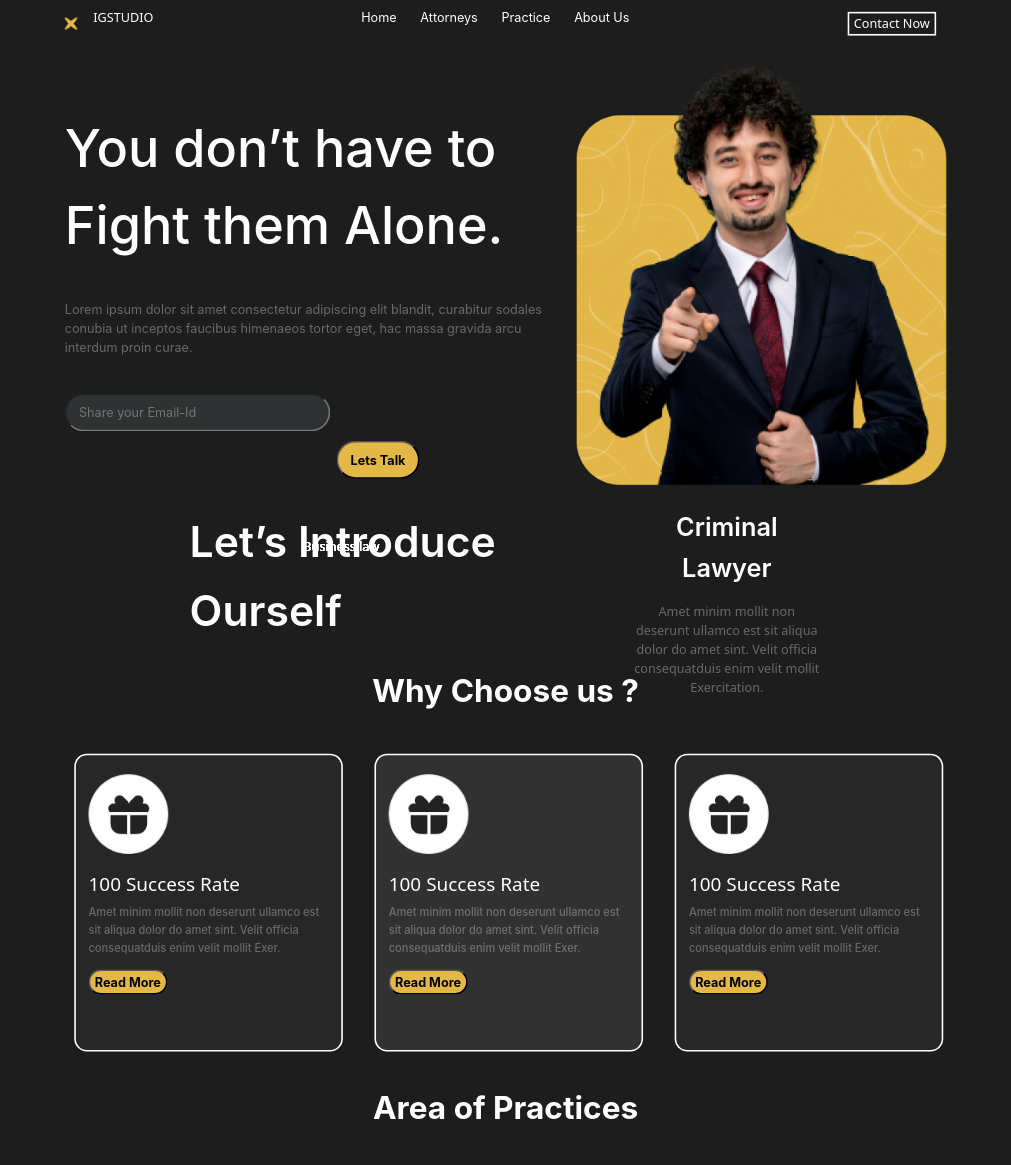
Repository: Senthil-Bala/LawFirm
Page: /
These files come from the project's save history. The page is drawn as it stood at one moment and after the next save; the edit follows.
The browser window is 1280 px wide. The pictures show the part of the page from y = 0 to 1475 px (the page is 3939 px tall), at 79% of full size.
Pictures or frames that could not be fetched are drawn as grey boxes. The project was rebuilt for these pictures with package versions that can differ from the ones it lists, and the page was loaded fresh each time. Also part of the build but not shown: src/App.css, src/Components/Frequents/Accordionss.css, src/Components/Frequents/Accordionss.jsx.

Above is the page before, as saved 2023-11-29 18:50:45.

### src/App.js
import './App.css';
import 'bootstrap/dist/css/bootstrap.min.css';
import Navbar from "./Components/Navbars/Navbar"
import HeroSection from './Components/Heroess/HeroSection';
import Main from "./Components/Mainss/Main";
import Boxes from "./Components/Box/Boxes";
import Practices from './Components/Practicsing/Practices';
import Clients from "./Components/ClientSides/Clients";
import Team from "./Components/Teamss/Team";
import Faq from "./Components/Frequents/Faq"
import Subscribe from './Components/Subscribes/Subscribe';
import Footer from "./Components/Footers/Footer"

function App() {
  return (
    <div className="container">
      <Navbar/>
      <HeroSection/>
      <Main/>
      <Boxes/>
      <Practices/>
      <Clients/>
      <Team/>
      <Faq/>
      <Subscribe/>
      <Footer/>
    </div>
  );
}

export default App;

### src/Components/Navbars/Navbar.jsx
import React from 'react'
import Studio from "../assests/logo.png";
import "./Navbar.css"

function Navbar() {
  return (
    <div className='navbar'>
        <div className="logo ">
            <img src={Studio} alt="Logo"/>
            <p>IGSTUDIO</p>
        </div>
        <div className="mid">
            <p>Home</p>
            <p>Attorneys</p>
            <p>Practice</p>
            <p>About Us</p>
        </div>
        <div className="btn">
            <button>Contact Now</button>
        </div>
    </div>
  )
}

export default Navbar

### src/Components/Heroess/HeroSection.jsx
import React from "react";
import "./HeroSection.css";
import Hero from "../assests/hero.png";
import Container from 'react-bootstrap/Container';
import Row from 'react-bootstrap/Row';
import Col from 'react-bootstrap/Col';
function HeroSection() {
  return (
    <div className="hero">
      <div className="contentLeft">
        <p id="mainHeading">You don’t have to Fight them Alone.</p>
        <p id="subHeading">
          Lorem ipsum dolor sit amet consectetur adipiscing elit blandit,
          curabitur sodales conubia ut inceptos faucibus himenaeos tortor eget,
          hac massa gravida arcu interdum proin curae.
        </p>
        <div >
        <input type="text" placeholder="Share your Email-Id" />
        <button className="inBtn">Lets Talk</button>
        </div>
      </div>
      <div className="contentRight">
        <img src={Hero} alt="Hero" />
      </div>
    </div>

  //   <Container>
  //   <Row>
  //     <Col sm={12} md={6} lg={6} >
  //     <div className="contentLeft">
  //   <p id="mainHeading">You don’t have to Fight them Alone.</p>
  //        <p id="subHeading">
  //        Lorem ipsum dolor sit amet consectetur adipiscing elit blandit,
  //          curabitur sodales conubia ut inceptos faucibus himenaeos tortor eget,
  //          hac massa gravida arcu interdum proin curae.
  //        </p>
  //         <input type="text" placeholder="Share your Email-Id" />
  //     <button className="inBtn">Lets Talk</button>
  //      </div >
  //     </Col>
  //     <Col sm={12} md={6} lg={6}>
  //     <div className="contentRight mt-5">
  //       <img src={Hero} alt="Hero" />
  //    </div>
  //     </Col>
  //   </Row>

  // </Container>








  );
}

export default HeroSection;

### src/Components/Mainss/Main.jsx
import React from "react";
import "./Main.css";
import Container from 'react-bootstrap/Container';
import Row from 'react-bootstrap/Row';
import Col from 'react-bootstrap/Col';
function Main() {
  return (
    <div className="main">
    <div className="left">
        <p>Let’s Introduce <br /> Ourself</p>
    </div>
    {/* <div className="vertical-line"></div> */}
    <div className="right">
        <p id="heading">Criminal Lawyer</p>
        <p id="subHeading">
            Amet minim mollit non deserunt ullamco est sit aliqua dolor do amet
            sint. Velit officia consequatduis enim velit mollit Exercitation.
        </p>
    </div>
</div>



    //Grid layouts

  //   <Container className="mt-5 pt-5">
  //   <Row>
  //     <Col sm={12} md={6} lg={6}>
  //     <div className="left">
  //       <p>Let’s Introduce Ourself</p>
  //     </div>
  //     </Col>
  //     <Col  sm={12} md={6} lg={6}>
  //     <div className="right">
  //       <p id="heading">Criminal Lawyer</p>
  //       <p id="subHeading">
  //         Amet minim mollit non deserunt ullamco est sit aliqua dolor do amet
  //         sint. Velit officia consequatduis enim velit mollit Exercitation.
  //       </p>
  //     </div>
  //     </Col>
  //   </Row>

  // </Container>
  );
}

export default Main;

### src/Components/Box/Boxes.jsx
import React from "react";
import "./Boxes.css";
import Box from "../assests/box.png";
import Container from 'react-bootstrap/Container';
import Row from 'react-bootstrap/Row';
import Col from 'react-bootstrap/Col';
function Boxes() {
  return (
    // <div className="box">
    //   <h1>Why Choose us ?</h1>
    //   <br />
    //   <div className="chooseBox">
    //     <div className="box1">
    //       <img src={Box} alt="" className="mt-2" />
    //       <h4 className="mt-4">100 Success Rate</h4>
    //       <p className="small">
    //         Amet minim mollit non deserunt ullamco est sit aliqua dolor do amet
    //         sint. Velit officia consequatduis enim velit mollit Exer.
    //       </p>
    //     </div>
    //     <div className="box2">
    //       <img src={Box} alt="" className="mt-2" />
    //       <h4 className="mt-4">100 Success Rate</h4>
    //       <p className="small">
    //         Amet minim mollit non deserunt ullamco est sit aliqua dolor do amet
    //         sint. Velit officia consequatduis enim velit mollit Exer.
    //       </p>
    //     </div>
    //     <div className="box3">
    //       <img src={Box} alt="" className="mt-2" />
    //       <h4 className="mt-4">100 Success Rate</h4>
    //       <p className="small">
    //         Amet minim mollit non deserunt ullamco est sit aliqua dolor do amet
    //         sint. Velit officia consequatduis enim velit mollit Exer.
    //       </p>
    //     </div>
    //   </div>
    // </div>
    //Grid layouts

<div>
<h1  className="text-center my-5 heading">Why Choose us ?</h1>

<Container>
<Row className="gx-5 gy-5">
        <Col sm={12} md={6} lg={4} g-5 >
        <div className="box1 mt-2 mr-2">
          <img src={Box} alt="" className="mt-2" />
          <h4 className="mt-4">100 Success Rate</h4>
          <p className="small">
            Amet minim mollit non deserunt ullamco est sit aliqua dolor do amet
            sint. Velit officia consequatduis enim velit mollit Exer.
          </p>
          <button className="chip">Read More</button>
        </div>
        </Col>
        <Col sm={12} md={6} lg={4}>
        <div className="box2 mt-2 mr-2">
          <img src={Box} alt="" className="mt-2" />
          <h4 className="mt-4">100 Success Rate</h4>
          <p className="small">
            Amet minim mollit non deserunt ullamco est sit aliqua dolor do amet
            sint. Velit officia consequatduis enim velit mollit Exer.
          </p>
          <button className="chip" >Read More</button>
        </div>
        </Col>
        <Col sm={12} md={6} lg={4}>
        <div className="box3 mt-2 mr-2">
          <img src={Box} alt="" className="mt-2" />
          <h4 className="mt-4">100 Success Rate</h4>
          <p className="small">
            Amet minim mollit non deserunt ullamco est sit aliqua dolor do amet
            sint. Velit officia consequatduis enim velit mollit Exer.
          </p>
          <button className="chip">Read More</button>
        </div>
        </Col>
      </Row>

    </Container>
    </div>

  );
}

export default Boxes;

### src/Components/Practicsing/Practices.jsx
import React from "react";
import Container from "react-bootstrap/Container";
import Row from "react-bootstrap/Row";
import Col from "react-bootstrap/Col";
import Left from "../assests/left.png";
import Right from "../assests/right.png";
import "./Practices.css";

function Practices() {
  return (
    <div>
      <h1 className="text-center my-5 heading">Area of Practices</h1>

      <Container>
        <Row className="mt-3">
          <Col xs={12} sm={8}>
            <img src={Left} alt="Business law" className="left" />
            <p className="title">Business law</p>

          </Col>
          <Col xs={12} sm={4}>
            <img src={Right} alt="Partnership Law" className="right" />
            <p className="title">Business law</p>

          </Col>
        </Row>
        <Row className="mt-3">
        <Col xs={12} sm={4}>
            <img src={Right} alt="Partnership Law" className="right" />
            <p className="title">Business law</p>
          </Col>
          <Col xs={12} sm={8}>
            <img src={Left} alt="Business law" className="left" />
            <p className="title">Business law</p>

          </Col>

        </Row>
        <Row className="mt-3">
          <Col xs={12} sm={8}>
            <img src={Left} alt="Business law" className="left" />
            <p className="title">Business law</p>

          </Col>
          <Col xs={12} sm={4}>
            <img src={Right} alt="Partnership Law" className="right" />
            <p className="title">Business law</p>

          </Col>
        </Row>
      </Container>
    </div>
  );
}

export default Practices;

### src/Components/ClientSides/Clients.jsx
import React from "react";
import "./Clients.css";
import EclipseOne from "../assests/EclipseOne.png";
import EclipseTwo from "../assests/EclipseTwo.png";
import EclipseThree from "../assests/EclipseThree.png";
import Container from 'react-bootstrap/Container';
import Row from 'react-bootstrap/Row';
import Col from 'react-bootstrap/Col';
function Clients() {
  return (
    // <div className="box">
    //   <h1>Why Choose us ?</h1>
    //   <br />
    //   <div className="chooseBox">
    //     <div className="box1">
    //       <img src={Box} alt="" className="mt-2" />
    //       <h4 className="mt-4">100 Success Rate</h4>
    //       <p className="small">
    //         Amet minim mollit non deserunt ullamco est sit aliqua dolor do amet
    //         sint. Velit officia consequatduis enim velit mollit Exer.
    //       </p>
    //     </div>
    //     <div className="box2">
    //       <img src={Box} alt="" className="mt-2" />
    //       <h4 className="mt-4">100 Success Rate</h4>
    //       <p className="small">
    //         Amet minim mollit non deserunt ullamco est sit aliqua dolor do amet
    //         sint. Velit officia consequatduis enim velit mollit Exer.
    //       </p>
    //     </div>
    //     <div className="box3">
    //       <img src={Box} alt="" className="mt-2" />
    //       <h4 className="mt-4">100 Success Rate</h4>
    //       <p className="small">
    //         Amet minim mollit non deserunt ullamco est sit aliqua dolor do amet
    //         sint. Velit officia consequatduis enim velit mollit Exer.
    //       </p>
    //     </div>
    //   </div>
    // </div>
    //Grid layouts

<div>
    <div className="clientHead d-flex justify-content-between align-items-center">
<h1  className=" my-5 heading">What Says Our <br /> Happy Clients</h1>
<div className="arrows">
<button>L</button>
<button className="rgt">R</button>
</div>


</div>
<Container>
<Row className="gx-4 gy-4">
        <Col sm={12} md={6} lg={4} >
        <div className="box1 mt-2 mr-2">
          <img src={EclipseOne} alt="" />
          <h4 className="mt-2">Joe Kooper</h4>
          <p >Ceo Of Hunt</p>
          <p className="small">
            Amet minim mollit non deserunt ullamco est sit aliqua dolor do amet
            sint. Velit officia consequatduis enim velit mollit Exer.
          </p>
          <button className="chip">Read More</button>
        </div>
        </Col>
        <Col sm={12} md={6} lg={4}>
        <div className="box2 mt-2 mr-2">
          <img src={EclipseTwo} alt="" className="mt-2" />
          <h4 className="mt-2">Robert Fox</h4>
          <p >Ceo Of Hunt</p>
          <p className="small">
            Amet minim mollit non deserunt ullamco est sit aliqua dolor do amet
            sint. Velit officia consequatduis enim velit mollit Exer.
          </p>
          <button className="chip" >Read More</button>
        </div>
        </Col>
        <Col sm={12} md={6} lg={4}>
        <div className="box3 mt-2 mr-2">
          <img src={EclipseThree} alt="" className="mt-2" />
          <h4 className="mt-2">Devon Lane</h4>
          <p >Ceo Of Hunt</p>
          <p className="small">
            Amet minim mollit non deserunt ullamco est sit aliqua dolor do amet
            sint. Velit officia consequatduis enim velit mollit Exer.
          </p>
          <button className="chip">Read More</button>
        </div>
        </Col>
      </Row>

    </Container>
    </div>

  );
}

export default Clients;

### src/Components/Teamss/Team.jsx
import React from 'react'
import Container from 'react-bootstrap/esm/Container'
import Row from 'react-bootstrap/Row';
import Col from 'react-bootstrap/Col';
import Daniel from "../assests/Daniel.png";
import Sanfole from "../assests/Sanfole.png";
import Casforila from "../assests/Casforila.png";
import Collean from "../assests/Collean.png";
import Haldone from "../assests/Haldone.png";
import Nik from "../assests/Nik.png"
import "./Team.css"

function Team() {
  return (
    <div className='teamDiv my-3'>
        <h1 className="text-center mt-5 heading">Our Team</h1>

        <Container>
        <Row>

        <Col xs={6} md={4} lg={4} className='mt-5'>
            <div className="items d-flex pt-1 ">
        <img src={Daniel} alt="" className='mr-3'/>
        <div>
          <h6 >Daniel Def</h6>
          <p className="opac">301 Cases</p>
          </div>
          </div>
        </Col>

        <Col xs={6} md={4} lg={4} className='mt-5'>
            <div className="items d-flex sanfole pt-1 ">
        <img src={Sanfole} alt="" className='mr-3 '/>
        <div>
          <h6>Sanfole</h6>
          <p className="opac">850 Cases</p>
          </div>
          </div>
        </Col>

        <Col xs={6} md={4}  lg={4} className='mt-5'>
            <div className="items d-flex pt-1">
        <img src={Casforila} alt="" className='mr-3'/>
        <div>
          <h6 >Casforila</h6>
          <p className="opac">470 Cases</p>
          </div>
          </div>
        </Col>

        <Col xs={6} md={4} lg={4} className='mt-5'>
            <div className="items d-flex pt-1 ">
        <img src={Collean} alt="" className='mr-3'/>
        <div>
          <h6 >Collean</h6>
          <p className="opac">180 Cases</p>
          </div>
          </div>
        </Col>

        <Col xs={6} md={4}  lg={4} className='mt-5'>
            <div className="items d-flex pt-1">
        <img src={Haldone} alt="" className='mr-3'/>
        <div>
          <h6 >Haldone</h6>
          <p className="opac">212 Cases</p>
          </div>
          </div>
        </Col>

        <Col xs={6} md={4}  lg={4} className='mt-5'>
            <div className="items d-flex p-2">
        <img src={Nik} alt="" className='mr-3'/>
        <div>
          <h6 >Nik Joe</h6>
          <p className="opac">350 cases</p>
          </div>
          </div>
        </Col>

      </Row>
      </Container>
    </div>
  )
}

export default Team

### src/Components/Frequents/Faq.jsx
import React from "react";
import Accordionss from "./Accordionss"
import "./Faq.css"
function Faq() {
  return (
    <div className="d-flex justify-content-between my-5">
      <div className="faq my-4">
        <h1>FAQ</h1>
        <p className="faqContent">
          Amet minim mollit non deserunt ullamco est sit <br /> aliqua dolor do amet
          sint.
        </p>
      </div>
      <div className="accordions mt-5">
        {/* <Accordions/> */}
      </div>
    </div>
  );
}

export default Faq;

### src/Components/Subscribes/Subscribe.jsx
import React from 'react'
import "./Subscribe.css"
function Subscribe() {
  return (
    <div className='subscribes mt-3'>
    <div className="newsLetter">
<h1 className='text-center mt-2'>Subscribe Our NewsLetter</h1>
</div>
<div className="inputAndbutton">
    <input type="text" className='inputOne' placeholder='Enter Your Name'/>
    <input type="text" className='inputOne' placeholder='Enter your Email'/>
    <button id='send'>Send</button>
</div>
    </div>
  )
}

export default Subscribe

### src/Components/Footers/Footer.jsx
import React from 'react'
import "./Footer.css";
import logo from "../assests/logo.png";
import Group from "../assests/group.png"
function Footer() {
  return (
    <div className='footerDiv my-3'>
        <div className="firstDiv container text-center">
           <div className='logoDiv'>
            <img src={logo} alt="logo" />
            <p>IGSTUDIO</p>
           </div>
           <div className="mainDiv ">
            <p>Home</p>
            <p>Attorneys</p>
            <p>Practice Areas</p>
            <p>About Us</p>
           </div>
           <div>
            <img src={Group} alt="Icons" />
           </div>
        </div>
        <br />
        <div className="secondDiv container text-center ">
            <p>© 2020 Acme. All rig</p>
            <p>Privacy Policy</p>
            <p>Terms of Service</p>
        </div>

    </div>
  )
}

export default Footer

### src/Components/Navbars/Navbar.css
.navbar {
    display: flex;
    justify-content: space-between;
    align-items: center;
    /* width: 100%;
    height: 3rem; */

}

.mid {
    display: flex;
    gap: 30px;
    font-family: Inter;
    text-align: center;
    justify-content: space-between;
    align-items: center;

}

.btn button {
    border: 2px solid #FFFFFF;
    background-color: #1D1D1D;
    color: #FFFFFF;
    /* justify-content: center;
    align-items: center; */
}

.logo {
    display: flex;
    justify-content: center;
    align-items: center;
    gap: 20px;
}

.logo img{
    height: 1rem;
}

### src/Components/Heroess/HeroSection.css
.hero {
    display: flex;
    justify-content: space-between;
    align-items: center;
    gap: 30px;
    font-family: Inter;

}

.contentLeft {
    margin-top: 5rem;
    display: flex;
    flex-direction: column;
    gap: 30px;
}

.contentRight {
    width: 467.71px;
    height: 467.71px;
}

.inBtn {
    background: rgba(227, 183, 72, 1);

    color: black;
    font-family: Inter;
    font-weight: bold;
    height: 3rem;
    padding: 1rem;
    display: flex;
    justify-content: center;
    align-items: center;
    border-radius: 3rem;
    text-align: center;
    position: absolute;
    right: 58.5%;
    top: 77.5%;
    outline: 0;
}

input[type='text'] {
    height: 3rem;
    padding: 1rem;
    border-radius: 3rem;
    width: 21rem;
    position: relative;
    background-color:rgb(47, 50, 50);
    color: darkslategray;
    outline: 0;
}

#mainHeading {
    font-size: 66px;
    font-weight: 500;
    line-height: 97px;
    letter-spacing: 0em;
    text-align: left;

}

#subHeading {
    color: dimgrey;

}

### src/Components/Mainss/Main.css
.main {
    display: flex;
    justify-content: center;
    text-align: center;
    margin-top: 6rem;
}

.left {
    font-family: Inter;
    font-size: 54px;
    font-weight: 600;
    line-height: 87px;
    text-align: left;

}
/* Styling for the main container */
.main {
    display: flex;
    align-items: center;
}

/* Styling for the vertical line */
.vertical-line {
    border-left: 1px solid dimgray; /* Set color for the left border */
    height: 100px; /* Set height of the line */
    margin: 0 20px; /* Adjust margin as needed */
}



.right{
    display: flex;
    flex-direction: column;

}
#heading {
    font-family: Inter;
    font-size: 32px;
    font-weight: 600;
    line-height: 52px;
    letter-spacing: 0em;
    text-align: center;
    /* width: 475px;
    height: 155px; */

}
#subHeading{
    color: dimgrey;
    /* width: 475px;
height: 87px;

opacity: 0.3px; */

}

### src/Components/Box/Boxes.css
.box{
    margin-top: 6rem;
    text-align: center;
}
.chooseBox{
    display: flex;
    justify-content: space-between;
}
.box1,.box2,.box3{
    width: 340px;
height: 377px;
padding: 1rem;
text-align: left;
border: 2px solid;
border-radius: 1rem;
background-color:rgb(40, 39, 39);

}
.box2{
    background: rgba(71, 71, 71, 0.5);

}
.small{
    font-family: Inter;
font-size: 14px;
font-weight: 500;
line-height: 23px;
letter-spacing: 0em;
text-align: left;
opacity: 30%;

}
.chip{
    background: rgba(227, 183, 72, 1);

    color: black;
    font-family: Inter;
    font-weight: bold;
    height: 2rem;
    /* padding: 1rem; */
    display: flex;
    justify-content: center;
    align-items: center;
    border-radius: 1.5rem;
    text-align: center;
}
.heading{
    font-family: Inter;
    font-weight: bold;

}

### src/Components/Practicsing/Practices.css
.left{
    width:35rem;
    height:10rem;

}
.right{
    width:15rem;
    height:10rem;
    position: relative;
}
.title{
    position: absolute;
    bottom: 0px;
    left: 30%;
    text-align: center;
}

### src/Components/ClientSides/Clients.css
.arrows button{
    border-radius: 50%;
    height: 3rem;
    width: 3rem;
}
.rgt{
    background: rgba(227, 183, 72, 1);
}
.box2{
    background: rgba(71, 71, 71, 0.5);

}

### src/Components/Teamss/Team.css
.opac{
    opacity: 30%;
}

.sanfole{
    background: rgba(227, 183, 72, 1);
border-radius: 1rem;
color: black;

}

### src/Components/Frequents/Faq.css
.faqContent{
    opacity: 30%;
}

### src/Components/Subscribes/Subscribe.css
.subscribes{
height: 356px;
background: rgba(71, 71, 71, 0.5);
display: flex;
flex-direction: column;
justify-content: center;
align-items: center;
border-radius: 1rem;
gap: 30px;
}
#send{
    background: rgba(227, 183, 72, 1);
    height: 2.5rem;
    width: 5rem;
    border-radius: 0.5rem;

}
.inputOne{
    width: 10rem;
    height: 2.5rem;
    border-radius: 0.5rem;
    padding-left: 1rem;

}
.inputAndbutton{
display: flex;
justify-content: space-between;
gap: 10px;
}

### src/Components/Footers/Footer.css
.footerDiv{

height: 367px;
/* border: 1px solid white; */
display: flex;
flex-direction: column;
font-size: smaller;
background-color: black;
/* width: 100%; */


}
.firstDiv{
    display: flex;
    justify-content: space-between;
    align-items: center;
    margin-top: 4rem;
}
.mainDiv{
    display: flex;
    justify-content: center;
    align-items: center;
    gap:50px;
}
.secondDiv{
    display: flex;
    justify-content: center;
    align-items: center;
    gap:20px;
    margin-top: 2rem;
    font-size: xx-small;

}

Loaded but not shown: public/index.html (common file); src/index.js (common file); src/index.css (common file); src/reportWebVitals.js (common file)

After the next save:
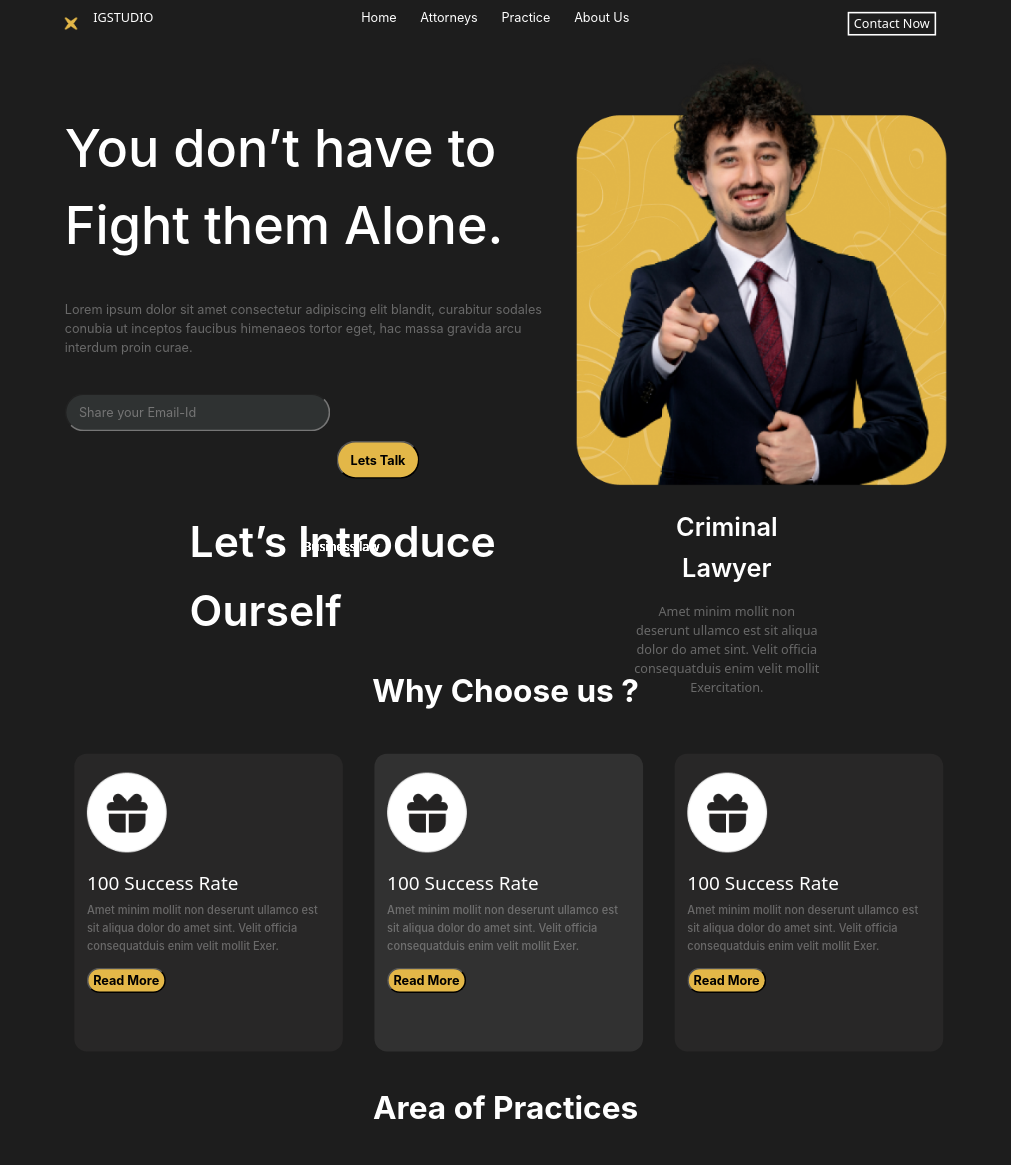
Saved 15 s later.
--- a/src/Components/Box/Boxes.css
+++ b/src/Components/Box/Boxes.css
@@ -11,7 +11,7 @@
 height: 377px;
 padding: 1rem;
 text-align: left;
-border: 2px solid;
+/* border: 2px solid; */
 border-radius: 1rem;
 background-color:rgb(40, 39, 39);
 
